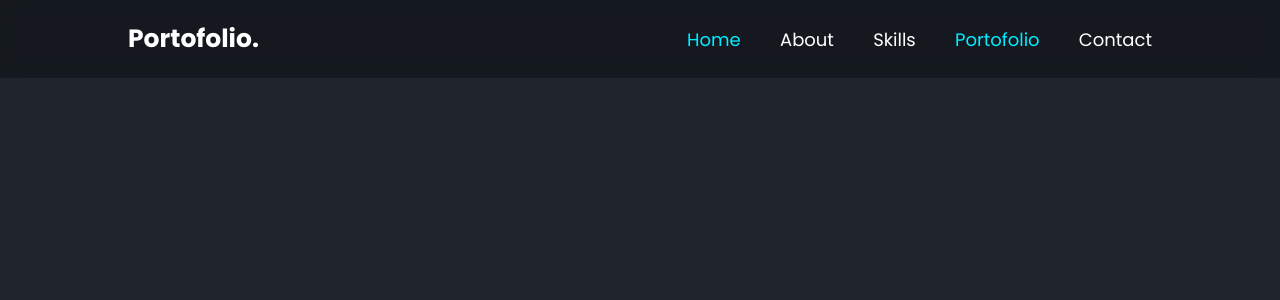
Repository: Olovrelvino/personalWebsite-HtmlCssJs-project
Page: portofolio.html
These files come from the project's save history. The page is drawn as it stood at one moment and after the next save; the edit follows.
The browser window is 1280 px wide. The pictures show the whole page.

Above is the page before, as saved 2024-09-21 20:46:14.

### portofolio.html
<!DOCTYPE html>
<html lang="en">
<head>
    <meta charset="UTF-8">
    <meta name="viewport" content="width=device-width, initial-scale=1.0">
    <title>Portofolio</title>
    <link rel="stylesheet" href="portfolio.css">
</head>
<body>
        <!-- NAVBAR SECTION -->
        <header class="header">
            <a href="#" class="logo">Portofolio.</a>

            <nav class="navbar">
                <a href="#home" style="--i:1;" class="active">Home</a>
                <a href="#about" style="--i:2;">About</a>
                <a href="#Skills" style="--i:3;">Skills</a>
                <a href="portofolio.html" style="--i:4;" class="active">Portofolio</a>
                <a href="#" style="--i:5;">Contact</a>
            </nav>
        </header>

</body>
</html>

### portfolio.css
@import url('https://fonts.googleapis.com/css?family=Poppins:400,700,900');

* {
    margin: 0;
    padding: 0;
    border: none;
    outline: none;
    scroll-behavior: smooth;
    box-sizing: border-box;
    font-family: 'Poppins', sans-serif;
}

body {
    background: #1f242d;
    color: #fff;
    overflow-x: hidden;

}

.header {
    position: fixed;
    top: 0;
    left: 0;
    width: 100%;
    padding: 20px 10%;
    background: rgba(0, 0, 0, 0.3);
    backdrop-filter: blur(10px);
    display: flex;
    justify-content: space-between;
    align-items: center;
    z-index: 100;

}

.logo {
    font-size: 25px;
    color: #fff;
    text-decoration: none;
    font-weight: 600;
    cursor: default;

}

.navbar a {
    display: inline-block;
    font-size: 18px;
    color: #fff;
    text-decoration: none;
    font-weight: 500;
    margin-left: 35px;
    transition: .3s;

}

.navbar a:hover,
.navbar a.active {
    color: #0ef;

}

After the next save:
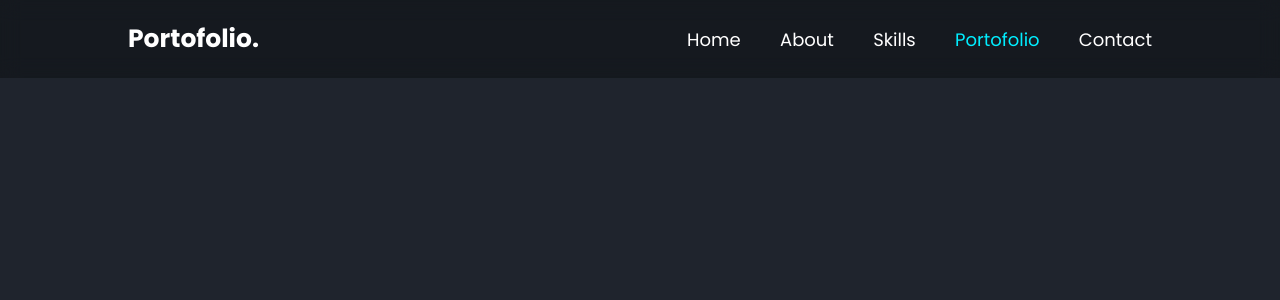
Saved 4 s later.
--- a/portofolio.html
+++ b/portofolio.html
@@ -12,7 +12,7 @@
             <a href="#" class="logo">Portofolio.</a>
 
             <nav class="navbar">
-                <a href="#home" style="--i:1;" class="active">Home</a>
+                <a href="#home" style="--i:1;">Home</a>
                 <a href="#about" style="--i:2;">About</a>
                 <a href="#Skills" style="--i:3;">Skills</a>
                 <a href="portofolio.html" style="--i:4;" class="active">Portofolio</a>
